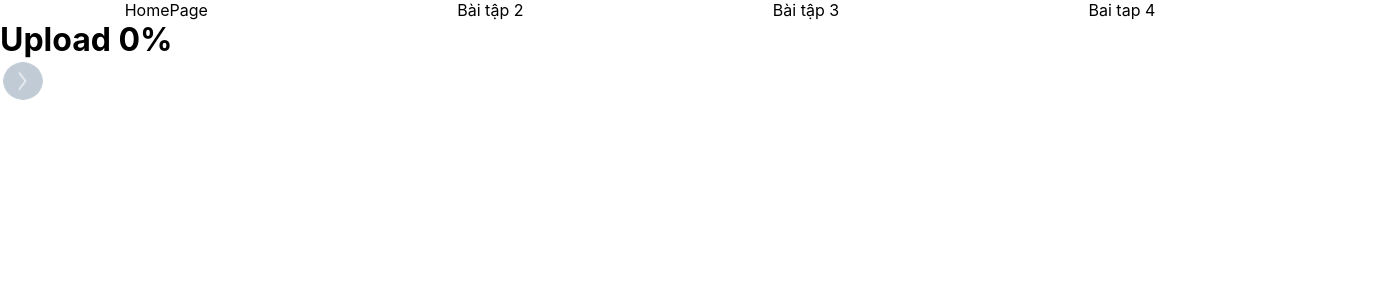
Repository: tungdau93/Training-ReactJS
Page: /bai-tap-3
An editor plug-in stored every save of this project. The page is shown before and after the next save, followed by the edit.
The browser window is 1280 px wide. The page is 1379 px wide, so the pictures cover 1379 px, including what lies to the right of the window. The pictures show the whole page.
The project was rebuilt for these pictures with package versions that can differ from the ones it lists, and the page was loaded fresh each time. Also part of the build but not shown: src/App.css, src/hooks/useClickOutside.js, src/Assignments/BaiTap2.jsx, src/Components/IconFile.jsx, src/Components/FileUpload.jsx, src/Assignments/HomePage.jsx.

Above is the page before, as saved 2022-10-03 10:29:01.

### src/App.js
import { BrowserRouter, Route, Routes } from "react-router-dom";
import "./App.css";
import BaiTap2 from "./Assignments/BaiTap2";
import BaiTap3 from "./Assignments/BaiTap3";
import HomePage from "./Assignments/HomePage";
import Menu from "./Assignments/Menu";

function App() {
  return (
    <BrowserRouter>
      <Menu />
      <Routes>
        <Route path="/" element={<HomePage />} />
        <Route path="/bai-tap-2" element={<BaiTap2 />} />
        <Route path="/bai-tap-3" element={<BaiTap3 />} />
      </Routes>
    </BrowserRouter>
  );
}

export default App;

### src/Assignments/BaiTap3.jsx
import React from "react";
import "../style/_bai-tap-3.scss";
import { ref, uploadBytesResumable } from "@firebase/storage";
import { storage } from "../firebase";
import { useState, useRef } from "react";
import IconFile from "../Components/IconFile";
import FileUpload from "../Components/FileUpload";

const BaiTap3 = () => {
  const listUploadedRef = useRef();
  const fileUploadedRef = useRef();

  const [files, setFiles] = useState([]);
  const [progress, setProgress] = useState(0);
  const [isSizeValid, setIsSizeValid] = useState(true);
  const [isActive, setIsActive] = useState(true);
  const [isValidNumberOfFiles, setValidNumberOfFiles] = useState(false);

  const RemoveAddFile = [];

  const handleSlide = () => {
    const listUploadedOffsetWidth = listUploadedRef.current?.offsetWidth;
    const listUploadedClientWidth = listUploadedRef.current?.clientWidth;
    const fileUploadedWidth = fileUploadedRef.current?.offsetWidth;
    const removeSpace = listUploadedOffsetWidth- listUploadedClientWidth
    console.log(removeSpace)

    if (listUploadedRef.current && fileUploadedRef.current) {
      listUploadedRef.current.scrollTo({
        left: fileUploadedWidth,
        behavior: "smooth",
      });
    }
  };
  const handleAddFiles = (event) => {
    setValidNumberOfFiles(false);
    const file = event.target.files[0];

    event.preventDefault();
    const fileArray = event.target.files;
    for (var j = 0; j < fileArray.length; j++) {
      if (fileArray[j].size > 10485760) {
        setIsSizeValid(false);
        setIsActive(false);
        return;
      }
    }
    setIsActive(true);
    setIsSizeValid(true);

    const newFiles = [...files];
    for (let k = 0; k < fileArray.length; k++) {
      newFiles.push(fileArray[k]);
    }
    setFiles(newFiles);
  };

  const uploadFiles = (file) => {
    if (!file) return;
    const storageRef = ref(storage, `/files/${file.name}`);
    const uploadTask = uploadBytesResumable(storageRef, file);
    uploadTask.on(
      "state_changed",
      (snapshot) => {
        const prog = Math.round(
          (snapshot.bytesTransferred / snapshot.totalBytes) * 100
        );
        setProgress(prog);
      },
      (err) => console.log(err)
    );
  };

  const handleUpload = (event) => {
    event.preventDefault();

    const newFilesUpload = [...files];
    if (files.length > 0 && files.length <= 4) {
      for (let i = 0; i < newFilesUpload.length; i++) {
        uploadFiles(newFilesUpload[i]);
        console.log(newFilesUpload[i]);
        setFiles(RemoveAddFile);
      }
    } else {
      setValidNumberOfFiles(true);
      setFiles(RemoveAddFile);
      setIsActive(false);
    }
  };

  const handleClose = (index) => {
    const fileSelected = files.filter((file) => file.index === index);
    // console.log(newFiles);
    const newFiles = [...files];
    newFiles.pop(fileSelected);
    setFiles([...newFiles]);
  };

  return (
    <>
      <h1>Upload {progress}%</h1>
      <img
        onClick={handleSlide}
        src={require("../assets/images/submit-icon.png")}
        alt=""
        className="slide-icon"
      />

      <div className="drag-drop-files">

        {/* <form onSubmit={(event) => handleUpload(event)}>
          <label htmlFor="name" className="drag-and-drop-img">
            <img alt="" src={require("../assets/images/upload-icon.png")} />
          </label>
          <label htmlFor="name" className="drag-and-drop-heading">
            Drag and drop files
          </label>
          <label htmlFor="name" className="drag-and-drop-heading--sub-heading">
            Browse Files
          </label>
          <input
            id="name"
            type="file"
            className="input"
            onChange={handleAddFiles}
            multiple
          />
          <button type="submit" className="submit">
            Upload
          </button>
        </form> */}
      </div>

      {isSizeValid ? (
        <div ref={listUploadedRef} className="show-data--hidden">
          {files &&
            files.map((file, index) => {
              // console.log(file.type);
              return (
                <FileUpload
                  handleClose={() => handleClose(index)}
                  key={index}
                  ref={fileUploadedRef}
                  fileType={file.type}
                  fileName={file.name}
                  fileSize={file.size}
                />
              );
            })}
        </div>
      ) : (
        <span className="maximum-files-size">
          The maximum file size is 10MB
        </span>
      )}

      {isValidNumberOfFiles ? (
        <span className="maximum-files-length">
          Maximum length of files is 4
        </span>
      ) : null}
    </>
  );
};

export default BaiTap3;

### src/Assignments/Menu.jsx
  import React from "react";
import { useNavigate } from "react-router-dom";

const styleHomePage={
        display:'flex',
        justifyContent: 'center',
}

const styleUl = {
    display: 'flex',
    justifyContent: 'space-around',
    // ListStyle:"none"
}
const handleMouseOver =(e)=>{
    e.target.style.color = '#DC143C'
}
const handleMouseOut =(e)=>{
    e.target.style.color = '#000'
}

const Menu = () => {
  const navigate = useNavigate();

  const redirectPage = (url) => {
    navigate(url);
  };

  return (
    <div>
      <ul style={styleUl}>
        <li style={{listStyleType:'none'}} onMouseOver={handleMouseOver} onMouseOut={handleMouseOut} onClick={() => redirectPage("/")}>
          <div style={styleHomePage}>HomePage</div>
        </li>
        <li style={{listStyleType:'none'}}  onMouseOver={handleMouseOver} onMouseOut={handleMouseOut} onClick={() => redirectPage("/bai-tap-2")}>
          <div >Bài tập 2</div>
        </li>
        <li style={{listStyleType:'none'}} onMouseOver={handleMouseOver} onMouseOut={handleMouseOut} onClick={() => redirectPage("/bai-tap-3")}>
          <div >Bài tập 3</div>
        </li>
        <li style={{listStyleType:'none'}} onMouseOver={handleMouseOver} onMouseOut={handleMouseOut} onClick={() => redirectPage("/bai-tap-4")}>
          <div >Bai tap 4

          </div>
        </li>
      </ul>
    </div>
  );
};

export default Menu;

### src/style/_bai-tap-2.scss
*{
    padding: 0;
    margin:0;
}
.app {
    background-color:#1E1E1E;
    #title {
        top:-976px;
        left:-1124px;
        color:#a0a0a0;
        width: 2227px;
        height:1933px;
        &:hover{
            color:#99CCFF;
            opacity:.6;
    }
    }
    .app__container{
        width: 2227px; ;
        height: 1933px;
        background-color:#F8F8F8;
        position:relative;
        .app__container--heading{
            display: flex;
            flex-direction: row;
            align-items: center;
            padding: 50px 99px 50px 56px;
            gap: 10px;
            display:block;

            position: absolute;
            width: 2227px;
            height: 140px;
            left: 0px;
            top: 0px;
            background-color:#333333;
            .app__container--heading-name{
                display: flex;
                flex-direction: row;
                align-items: center;
                padding: 0px;
                gap: 30px;

                width: 323px;
                height: 56px;


                /* Inside auto layout */

                flex: none;
                order: 0;
                flex-grow: 0;
                .app__container--heading-name--japanese{
                    width: 144px;
                    height: 56px;

                    font-family: 'Roboto';
                    font-style: normal;
                    font-weight: 700;
                    font-size: 48px;
                    line-height: 56px;




                /* White */

                    color: #FFFFFF;


                /* Inside auto layout */

                    flex: none;
                    order: 0;
                    flex-grow: 0;

                }
                .app__container--heading-name--english{
                    width: 149px;
                height: 38px;

                font-family: 'Roboto';
                font-style: normal;
                font-weight: 400;
                font-size: 32px;
                line-height: 38px;
                /* identical to box height */


                /* White */

                color: #FFFFFF;


                /* Inside auto layout */

                flex: none;
                order: 1;
                flex-grow: 0;
                }
            }
        }
        .app__container--input-wrapper{
    position: relative;
    display: flex;
    flex-direction: column;
    align-items: flex-start;
    padding: 0px;

    position: absolute;
    width: 400px;
    height: 46px;
    left: 379px;
    top: 308px;
    .app__container--input-wrapper--input{
        box-sizing: border-box;

    /* Auto layout */


    display: flex;
    flex-direction: row;
    align-items: center;
    padding: 8px 10px;
    gap: 4px;

    width: 400px;
    height: 49px;

    background: rgba(230, 249, 255, 0.2);
    /* Black / 04 */

    border: 1px solid #DBDBDB;
    border-radius: 4px;

    /* Inside auto layout */

    flex: none;
    order: 0;
    align-self: stretch;
    flex-grow: 0;



            }

     .fa-thin{
    position: absolute;
            }
    .app__container--input-wrapper--dropdown-list{
display: flex;

display:none;
// flex-direction: column;
// align-items: flex-start;
position: absolute;
width: 400px;
height: 128px;
left: 0;
top: 49px;
// background-color: yellow;

filter: drop-shadow(0px 1px 8px rgba(102, 102, 102, 0.25));
border-radius: 4px;
        .app__container--input-wrapper--dropdown-list--item1{
            position: absolute;
            width: 100%;
            height: 49px;
            background: rgba(230, 249, 255, 0.2);
            border-radius: 4px;
            display:block

        }
        .app__container--input-wrapper--dropdown-list--item2{
            position: absolute;
            width: 100%;
            height: 49px;
            border-radius: 4px;
            background: rgba(230, 249, 255, 0.2);
            top: 49px;
            display:block


        }
        .app__container--input-wrapper--dropdown-list--item3{
            position: absolute;
            width: 100%;
            height: 49px;
            border-radius: 4px;
            background: rgba(230, 249, 255, 0.2);
            top:98px;
            display:block


        }

    }
}


    }
}

### src/style/_bai-tap-3.scss

  .slide-icon {
    top: 560px;
    left: 1398px;
    width: 40px;
    height: 38px;
    border-radius: 50%;
    border: solid #fff;
    &:hover {
      border: #107ce0 solid 3px;
    }
  }
  .drag-and-drop {
    display: flex;
    justify-content: center;
    width: 842px;
    height: 232px;
    left: 579px;
    // right: 79.24%;
    top: 249px;
    background: #f8f8f8;
    border: 1px solid #dcdcdc;
    border-radius: 7px;
    z-index: 1;
    .drag-and-drop-img {
      top: 45px;
      left: 381px;
      display: flex;
      position: absolute;
      min-width: 70px;
      min-height: 70px;

      justify-content: center;
      align-items: center;
    }
    .drag-and-drop-heading {
      top: 113px;
      left: 342px;
      display: flex;
      position: absolute;
      min-width: 100px;
      align-items: center;
      justify-content: center;
      font-family: "Noto Sans";
      font-style: normal;
      font-weight: 700;
      font-size: 18px;
      line-height: 22px;
      color: #333333;
    }
    .drag-and-drop-heading--sub-heading {
      top: 137px;
      left: 373px;
      position: absolute;
      min-width: 50px;
      align-items: center;
      justify-content: center;
      font-family: "Noto Sans";
      font-style: normal;
      font-size: 18px;
      line-height: 22px;
      color: #333333;
      text-decoration: underline;
    }
    &:hover {
      border: 1px solid #107ce0;
    }
    .input {
      width: 842px;
      height: 232px;
      position: absolute;
      // right: 79.24%;
      background: #f8f8f8;
      // border: 1px solid #dcdcdc;
      border-radius: 7px;
      z-index: -1;
      color: transparent;

      &::-webkit-file-upload-button {
        display: none;
      }
    }
    .submit {
      position: absolute;
      top: 360px;
      left: 359px;
      width: 113px;
      height: 43px;
      border-radius: 3px;
      z-index: -1;
      border: none;
      &:hover {
        border: 1px solid #107ce0;
      }
    }
    .submit-img {
      position: absolute;
      top: 261px;
      left: 825px;
      width: 32px;
      height: 32px;
      border-radius: 50%;
      z-index: 1;
    }
    .drag-and-drop--upload-icon {
      position: absolute;
      height: 18.67px;
      width: 26.67px;
      top: 64px;
      left: 397.67px;
      right: 417.67px;
      z-index: 1;
    }

  }

  .drag-and-drop--alert {
    width: 842px;
    height: 232px;
    position: relative;
    left: 579px;
    // right: 79.24%;
    top: 249px;
    background: #f8f8f8;
    border: 1px solid  #ED5D5D;
    border-radius: 7px;
    z-index: 1;
    .drag-and-drop-img {
      top: 45px;
      left: 381px;
      display: flex;
      position: absolute;
      min-width: 70px;
      min-height: 70px;

      justify-content: center;
      align-items: center;
    }
    .drag-and-drop-heading {
      top: 113px;
      left: 342px;
      display: flex;
      position: absolute;
      min-width: 100px;
      align-items: center;
      justify-content: center;
      font-family: "Noto Sans";
      font-style: normal;
      font-weight: 700;
      font-size: 18px;
      line-height: 22px;
      color: #333333;
    }
    .drag-and-drop-heading--sub-heading {
      top: 137px;
      left: 373px;
      position: absolute;
      min-width: 50px;
      align-items: center;
      justify-content: center;
      font-family: "Noto Sans";
      font-style: normal;
      font-size: 18px;
      line-height: 22px;
      color: #333333;
      text-decoration: underline;
    }
    &:hover {
      border: 1px solid #107ce0;
    }
    .input {
      width: 842px;
      height: 232px;
      position: absolute;
      // right: 79.24%;
      background: #f8f8f8;
      // border: 1px solid #dcdcdc;
      border-radius: 7px;
      z-index: -1;
      color: transparent;

      &::-webkit-file-upload-button {
        display: none;
      }
    }
    .submit {
      position: absolute;
      top: 360px;
      left: 359px;
      width: 113px;
      height: 43px;
      border-radius: 3px;
      z-index: -1;
      border: none;
      &:hover {
        border: 1px solid #107ce0;
      }
    }
    .submit-img {
      position: absolute;
      top: 261px;
      left: 825px;
      width: 32px;
      height: 32px;
      border-radius: 50%;
      z-index: 1;
    }
    .drag-and-drop--upload-icon {
      position: absolute;
      height: 18.67px;
      width: 26.67px;
      top: 64px;
      left: 397.67px;
      right: 417.67px;
      z-index: 1;
    }


  }

  .invalid {
    position: absolute;
    top: 93px;
    left: 32px;
    width: 24px;
    height: 32px;
    background-color: rgba(255, 0, 0, 0.5);
    border: solid 0.5px rgb(153, 167, 181);
    border-radius: 3px;
  }

.maximum-files-length{
    color: #ED5D5D;
    top: 169px;
    position: relative;
    left: 581px;
}

.maximum-files-size{
  color: #ED5D5D;
  top: 278px;
  position: relative;
  left: 581px;
}

### src/firebase.js
import { initializeApp } from "firebase/app";
import { getStorage } from "firebase/storage";

const firebaseConfig = {
    apiKey: "AIzaSyBDyCwxOmrur5hog0XVVwqIkyzdGhH8h4w",
    authDomain: "fir-upload-d710f.firebaseapp.com",
    projectId: "fir-upload-d710f",
    storageBucket: "fir-upload-d710f.appspot.com",
    messagingSenderId: "230877422747",
    appId: "1:230877422747:web:8e36d237d55b89ca5f923e",
    measurementId: "G-Q111WB6C29"
  };

  export const app = initializeApp(firebaseConfig);
  export const storage = getStorage(app);

### src/style/_file-upload.scss
.show-data--hidden {
  position: relative;
    overflow:auto;
    left: 570px;
    top: 260px;
    width: 809px;
    height: 97px;
    display: flex;
    white-space:  nowrap;


    .alert{
      color: #ED5D5D;
      top:17px;
      position: absolute;
    }

    .show-data--item{
      background: #FFFFFF;
      top:0px;
      left: 45px;
      border: 1px solid #dcdcdc;
      display: flex;
      justify-content: space-between;
      align-items: center;
      min-width: 244px;
      height: 48px;
      border-radius: 3px;
      margin: 12px;

      &:hover {
        border: 1px solid #107ce0;
        border-radius: 3px;
      }
      .show-data__item--icon {
        width: 30px;
        height: 32px;
        margin: 8px 12px;
      }
      .show-data__item--icon--invalid {
        width: 30px;
        height: 32px;
        margin: 8px 12px;
        border: #072e2a solid 1px;
        border-radius: 3px;
        background-color: red;
      }
      .show-data__item--name {
        position: absolute;
        font-family: "Noto Sans";
        font-style: normal;
        margin-left: 48px;
        width:125px;
        .show-data__item--name--heading {
          min-width: 100px;
          height: 16px;
          font-weight: 700;
          font-size: 16px;
          line-height: 16px;
          margin-top: 23px;
        }
        .show-data__item--name--size {
          width: 85px;
          height: 16px;
          color: #666666;
          font-weight: 400;
          font-size: 16px;
          line-height: 14px;
          margin-bottom: 12px;
        }
      }
      .show-data__item--close-button {
        height: 18.67px;
        width: 16.67px;
        margin-right:5px;

      }
    }
  }

Loaded but not shown: public/index.html (common file); src/index.js (common file); src/index.css (common file); src/reportWebVitals.js (common file)

After the next save:
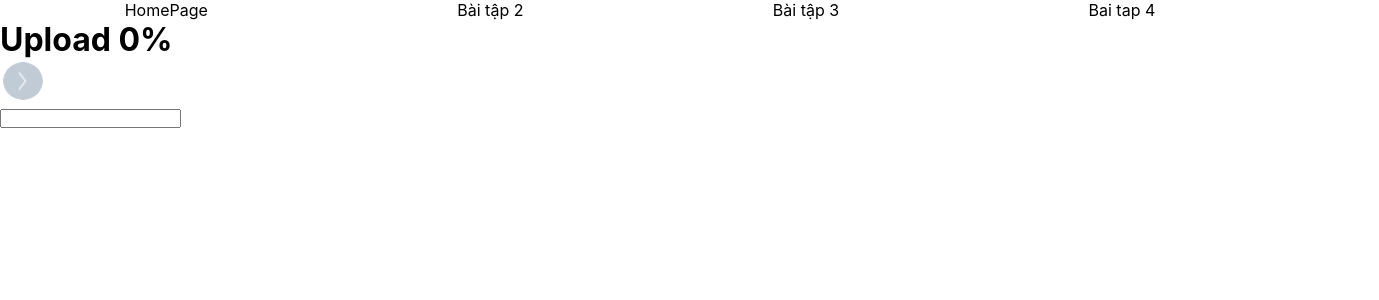
Saved 8 s later.
--- a/src/Assignments/BaiTap3.jsx
+++ b/src/Assignments/BaiTap3.jsx
@@ -107,7 +107,8 @@ const BaiTap3 = () => {
       />
 
       <div className="drag-drop-files">
-
+        <div></div>
+        <input type="text" />
         {/* <form onSubmit={(event) => handleUpload(event)}>
           <label htmlFor="name" className="drag-and-drop-img">
             <img alt="" src={require("../assets/images/upload-icon.png")} />
